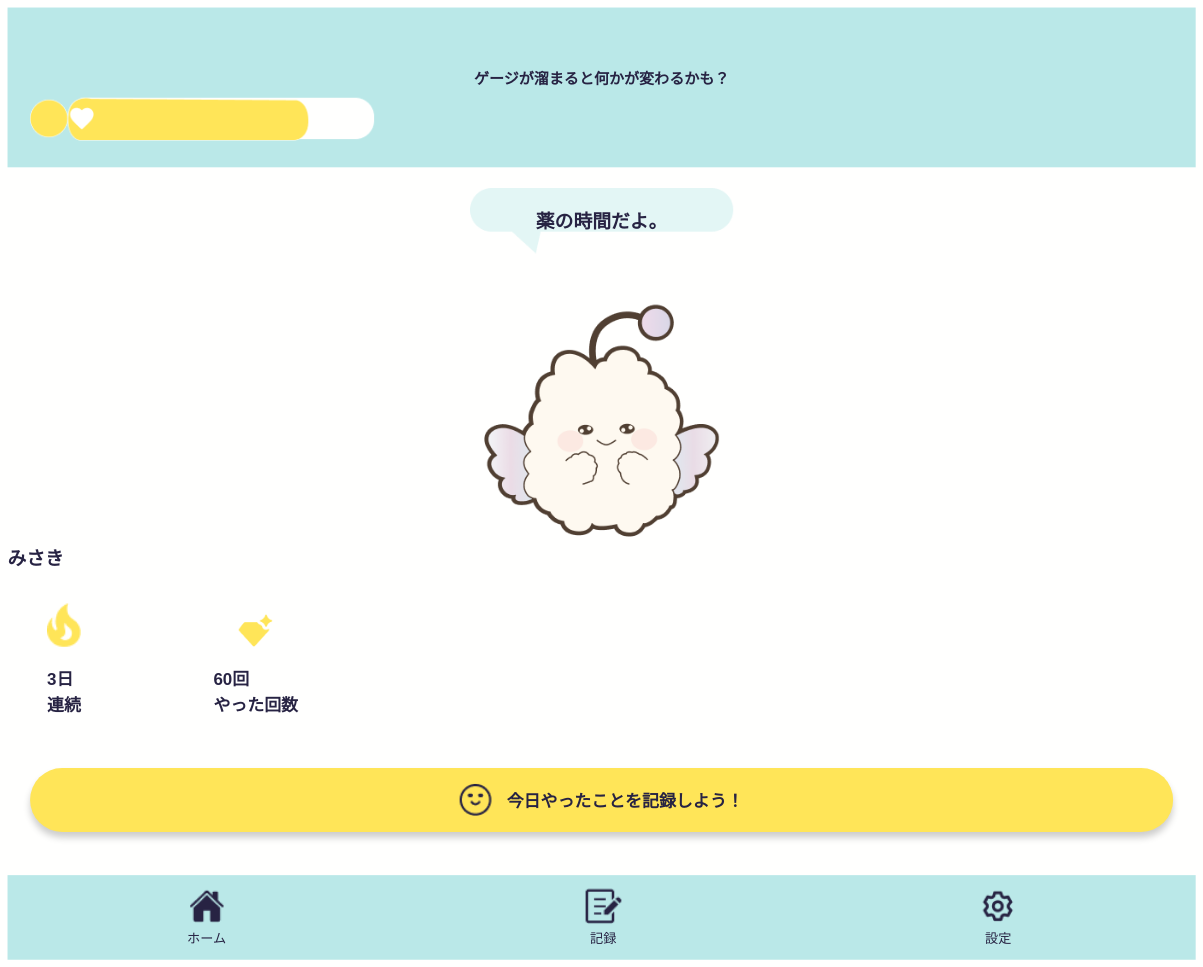
Repository: misaki0919/Self-care
Page: home_page.html
The author's editor kept a copy of each file at every save. The page is drawn from the files as they stood at one save, then again after the next save.
The browser window is 1280 px wide. The pictures show the whole page, at 94% of full size.
Some web fonts or font styles are not loaded; a fallback is used.

Above is the page before, as saved 2026-07-20 21:47:03.

After the next save:
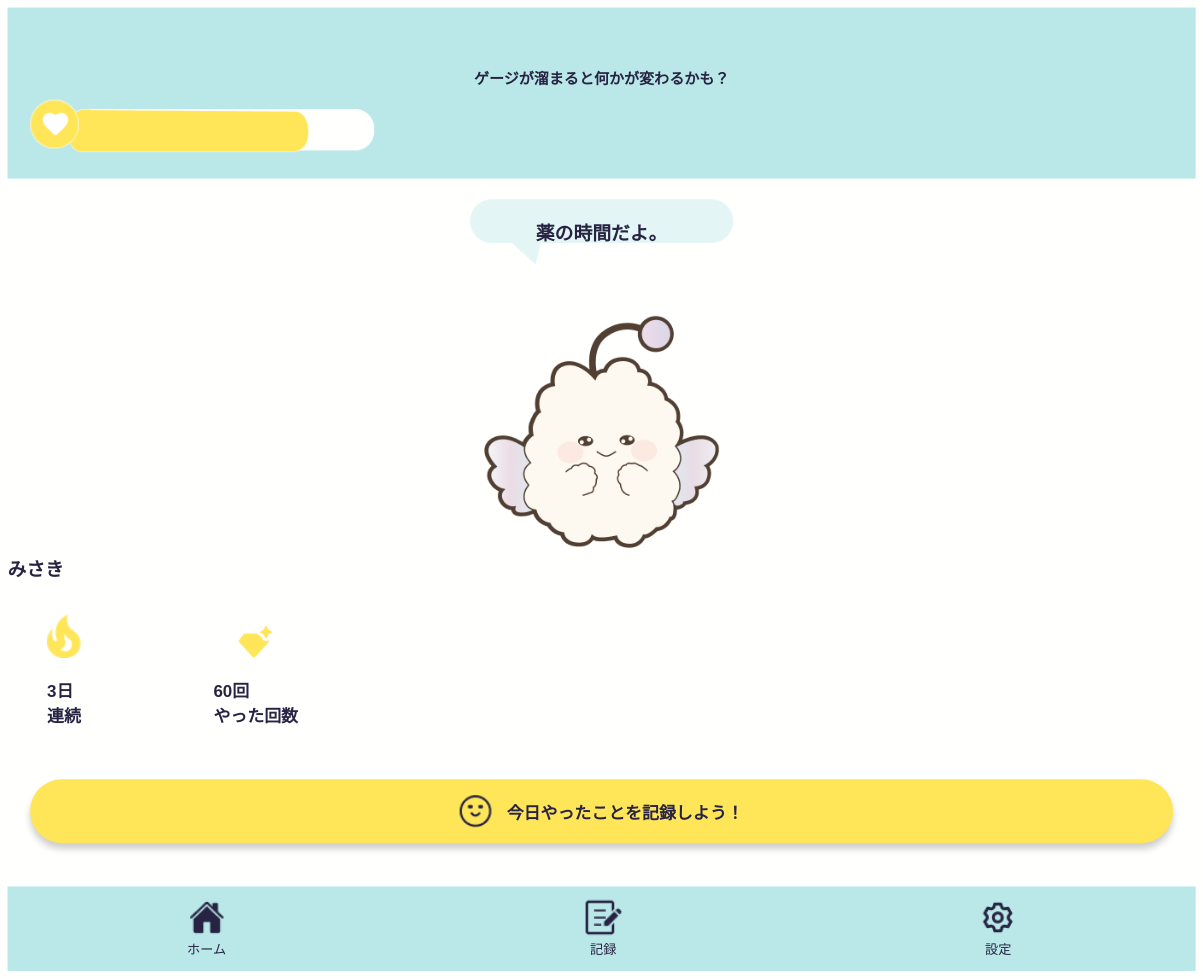
Saved 1 s later.
--- a/home_page.html
+++ b/home_page.html
@@ -14,8 +14,8 @@
     <div class="header-wrap">
         <p class="ge-ji zen-maru-gothic-regular">ゲージが溜まると何かが変わるかも？</p>
         <section class="images-wrap-1">
-            <img src="images/Ellipse 17.png" alt="黄色の丸">
-            <img src="images/heart.png" alt="ハート">
+            <img class="white" src="images/Ellipse 17.png" alt="黄色の丸">
+            <img class="heart" src="images/heart.png" alt="ハート">
         </section>
         <section class="images-wrap-2">
             <img src="images/Rectangle 5.png" alt="白">
